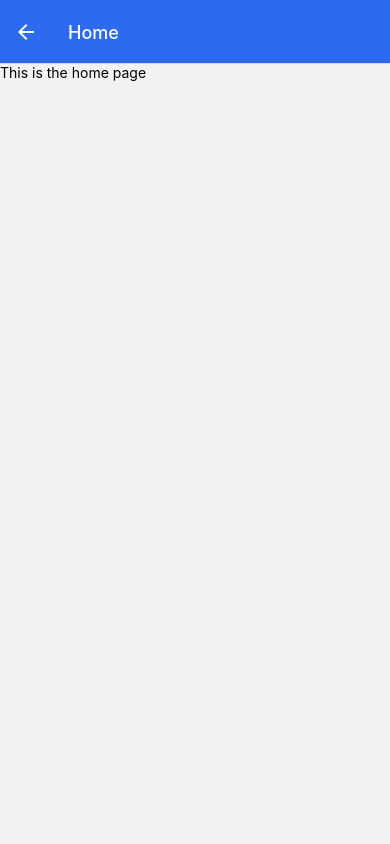
Repository: TheBoringBOT/signal-clone-reactnative-learn
Screen: /Home
The author's editor kept a copy of each file at every save. The screen is drawn from the files as they stood at one save, then again after the next save.
The app was drawn by React Native's web renderer in a window 390 px wide. The project was rebuilt for these pictures with package versions that can differ from the ones it lists, and the page was loaded fresh each time. Also part of the build but not shown: screens/RegisterScreen.js.

Above is the screen before, as saved 2022-01-23 21:45:27.

### App.js
import { StatusBar } from "expo-status-bar";
import { StyleSheet, Text, View } from "react-native";
import { NavigationContainer } from "@react-navigation/native";
import { createNativeStackNavigator } from "@react-navigation/native-stack";

//Screen Imports
import LoginScreen from "./screens/LoginScreen";
import RegisterScreen from "./screens/RegisterScreen";
import HomeScreen from "./screens/HomeScreen";

const Stack = createNativeStackNavigator();

const globalScreenOptions = {
  headerStyle: { backgroundColor: "#2c6bed" },
  headTitleStyle: { color: "white" },
  headerTintColor: "white",
};

export default function App() {
  return (
    <NavigationContainer>
      <Stack.Navigator screenOptions={globalScreenOptions}>
        <Stack.Screen name="Login" component={LoginScreen} />
        <Stack.Screen name="Register" component={RegisterScreen} />
        <Stack.Screen name="Home" component={HomeScreen} />
      </Stack.Navigator>
    </NavigationContainer>
  );
}

const styles = StyleSheet.create({
  container: {
    flex: 1,
    backgroundColor: "#fff",
    alignItems: "center",
    justifyContent: "center",
  },
});

### screens/LoginScreen.js
import { StyleSheet, Text, View, KeyboardAvoidingView } from "react-native";
import React, { useState, useEffect } from "react";
import { Button, Input, Image } from "react-native-elements";
import { StatusBar } from "expo-status-bar";
import { auth } from "../firebase";
import { getAuth, onAuthStateChanged } from "firebase/auth";

const LoginScreen = ({ navigation }) => {
  const [email, setEmail] = useState("");
  const [password, setPassword] = useState("");

  // Redirect if user logged in
  useEffect(() => {
    onAuthStateChanged(auth, (user) => {
      if (user) {
        navigation.replace("Home");
      }
    });
  });

  const signIn = () => {};

  return (
    <KeyboardAvoidingView behavior="padding" style={styles.container}>
      <StatusBar style="light" />
      <Image
        source={{
          uri: "https://blog.mozilla.org/internetcitizen/files/2018/08/signal-logo.png",
        }}
        style={{ width: 200, height: 200 }}
      />

      <View style={styles.inputContainer}>
        <Input
          placeholder="Email"
          autoFocus
          type="email"
          value={email}
          onChangeText={(text) => setEmail(text)}
        />
        <Input
          placeholder="Password"
          type="password"
          secureTextEntry
          value={password}
          onChangeText={(text) => setPassword(text)}
        />
        <Button containerStyle={styles.button} onPress={signIn} title="Login" />
        <Button
          onPress={() => navigation.navigate("Register")}
          containerStyle={styles.button}
          type="outline"
          title="Register"
        />
        <View style={{ height: 100 }} />
      </View>
    </KeyboardAvoidingView>
  );
};

export default LoginScreen;

const styles = StyleSheet.create({
  container: {
    flex: 1,
    alignItems: "center",
    justifyContent: "center",
    padding: 10,
    backgroundColor: "white",
  },
  inputContainer: { width: 300 },
  button: { width: 200, marginTop: 10, margin: "auto" },
});

### screens/HomeScreen.js
import { StyleSheet, Text, View, SafeAreaView } from "react-native";
import React, { useEffect } from "react";
import { auth } from "../firebase";

const HomeScreen = () => {
  const user = auth.currentUser;

  useEffect(() => {
    if (user) {
      console.table(user);
      //navigation.replace("Home");
    }
  });
  return (
    <SafeAreaView>
      <Text>This is the home page</Text>
    </SafeAreaView>
  );
};

export default HomeScreen;

const styles = StyleSheet.create({});

### firebase.js
import { firebase, initializeApp, getApps, getApp } from "firebase/app";
import { getDatabase, ref, onValue } from "firebase/database";
import { getAuth } from "firebase/auth";

import { getFirestore } from "firebase/firestore";

const firebaseConfig = {
  apiKey: "AIzaSyCtao7GPEtYlsNabwjYskk8n6DEIbNo6VQ",
  authDomain: "signal-clone-4f5d4.firebaseapp.com",
  projectId: "signal-clone-4f5d4",
  storageBucket: "signal-clone-4f5d4.appspot.com",
  messagingSenderId: "958936105112",
  appId: "1:958936105112:web:aa41ae6e9c1b34ae23d0ed",
  measurementId: "G-1WPXHBPTRQ",
};

let app;
if (getApps.length === 0) {
  app = initializeApp(firebaseConfig);
} else {
  app = getApp();
}

const db = getFirestore();
const auth = getAuth(app);

export { db, auth };

After the next save:
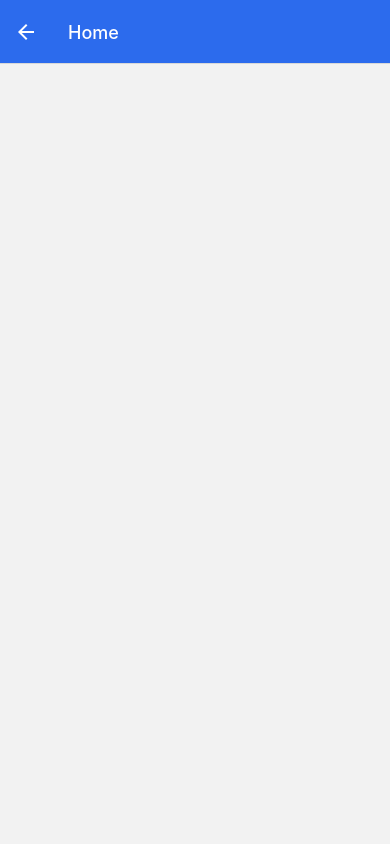
Saved 50 s later.
--- a/screens/HomeScreen.js
+++ b/screens/HomeScreen.js
@@ -1,4 +1,4 @@
-import { StyleSheet, Text, View, SafeAreaView } from "react-native";
+import { StyleSheet, Text, View, SafeAreaView, ScrollView } from "react-native";
 import React, { useEffect } from "react";
 import { auth } from "../firebase";
 
@@ -13,7 +13,7 @@ const HomeScreen = () => {
   });
   return (
     <SafeAreaView>
-      <Text>This is the home page</Text>
+      <ScrollView></ScrollView>
     </SafeAreaView>
   );
 };
